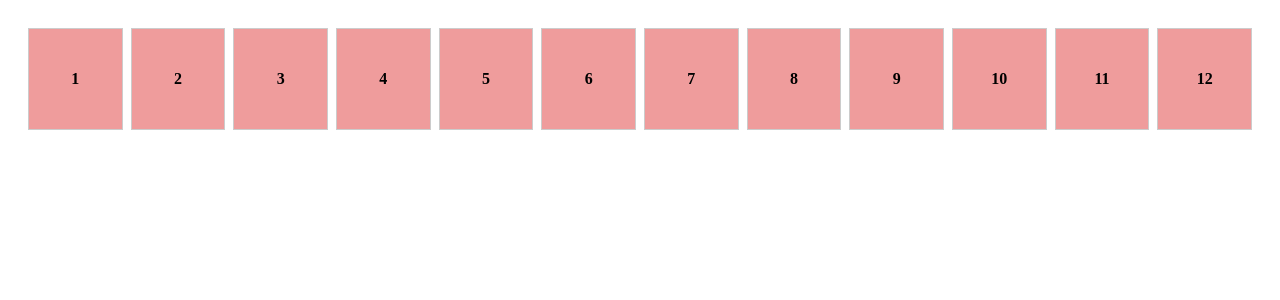
Repository: Yeshwanth-189/little-lemon
Page: / (app in little-lemon/)
These files come from the project's save history. The page is drawn as it stood at one moment and after the next save; the edit follows.
The browser window is 1280 px wide. The pictures show the whole page.
The project was rebuilt for these pictures with package versions that can differ from the ones it lists, and the page was loaded fresh each time.

Above is the page before, as saved 2025-04-26 15:19:32.

### little-lemon/public/index.html
<!DOCTYPE html>
<html lang="en">
  <head>
    <meta charset="utf-8" />
    <link rel="icon" href="%PUBLIC_URL%/Logo.png" />
    <meta name="viewport" content="width=device-width, initial-scale=1" />
    <meta name="theme-color" content="#000000" />
    <meta
      name="description"
      content="Little Lemon is a family-run Mediterranean restaurant in Chicago, IL."
    />
    <meta name="og:image" content="%PUBLIC_URL%/Logo.png" />
    <meta name="og:title" content="Little-Lemon Restaurant" />
    <link rel="apple-touch-icon" href="%PUBLIC_URL%/Logo.png" />
    <!--
      manifest.json provides metadata used when your web app is installed on a
      user's mobile device or desktop. See https://developers.google.com/web/fundamentals/web-app-manifest/
    -->
    <link rel="manifest" href="%PUBLIC_URL%/manifest.json" />
    <!--
      Notice the use of %PUBLIC_URL% in the tags above.
      It will be replaced with the URL of the `public` folder during the build.
      Only files inside the `public` folder can be referenced from the HTML.

      Unlike "/favicon.ico" or "favicon.ico", "%PUBLIC_URL%/favicon.ico" will
      work correctly both with client-side routing and a non-root public URL.
      Learn how to configure a non-root public URL by running `npm run build`.
    -->
    <title>Little Lemon</title>
    <link rel="stylesheet" href="%PUBLIC_URL%/index.css" />
  </head>
  <body>
    <noscript>You need to enable JavaScript to run this app.</noscript>
    <div id="root"></div>
    <!--
      This HTML file is a template.
      If you open it directly in the browser, you will see an empty page.

      You can add webfonts, meta tags, or analytics to this file.
      The build step will place the bundled scripts into the <body> tag.

      To begin the development, run `npm start` or `yarn start`.
      To create a production bundle, use `npm run build` or `yarn build`.
    -->
  </body>
</html>

### little-lemon/src/index.css
/* Base container for grid layout */
.container {
  display: grid;
  grid-template-columns: repeat(12, 1fr); /* 12 columns for desktop */
  gap: 8px; /* small gap between columns */
  padding: 20px;
}

/* Each column item */
.column {
  background-color: lightblue;
  border: 1px solid #ccc;
  min-height: 100px; /* just to see the box */
  display: flex;
  align-items: center;
  justify-content: center;
  font-weight: bold;
}

/* Mobile view: 4 columns */
@media (max-width: 768px) {
  .container {
    grid-template-columns: repeat(4, 1fr); /* 4 columns for mobile */
  }
}

### little-lemon/src/App.js
import "./App.css";

function App() {
  return (
    <div class="container">
      <div class="column">1</div>
      <div class="column">2</div>
      <div class="column">3</div>
      <div class="column">4</div>
      <div class="column">5</div>
      <div class="column">6</div>
      <div class="column">7</div>
      <div class="column">8</div>
      <div class="column">9</div>
      <div class="column">10</div>
      <div class="column">11</div>
      <div class="column">12</div>
    </div>
  );
}

export default App;

### little-lemon/src/App.css
/* Base container for grid layout */
.container {
  display: grid;
  grid-template-columns: repeat(12, 1fr); /* 12 columns for desktop */
  gap: 8px; /* small gap between columns */
  padding: 20px;
}

/* Each column item */
.column {
  background-color: rgb(239, 156, 156);
  border: 1px solid #ccc;
  min-height: 100px; /* just to see the box */
  display: flex;
  align-items: center;
  justify-content: center;
  font-weight: bold;
}

/* Mobile view: 4 columns */
@media (max-width: 768px) {
  .container {
    grid-template-columns: repeat(4, 1fr); /* 4 columns for mobile */
  }
}

Loaded but not shown: little-lemon/src/index.js (common file); little-lemon/src/reportWebVitals.js (common file); little-lemon/public/index.css (common file)

After the next save:
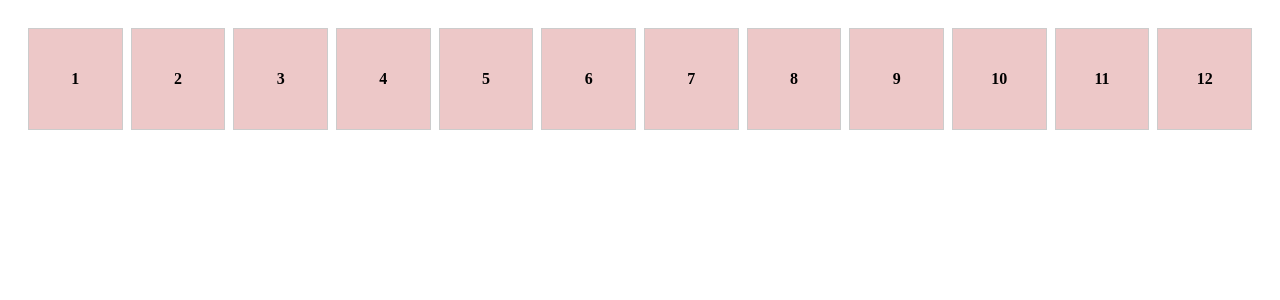
Saved 12 s later.
--- a/little-lemon/src/App.css
+++ b/little-lemon/src/App.css
@@ -8,7 +8,7 @@
 
 /* Each column item */
 .column {
-  background-color: rgb(239, 156, 156);
+  background-color: rgb(237, 200, 200);
   border: 1px solid #ccc;
   min-height: 100px; /* just to see the box */
   display: flex;
